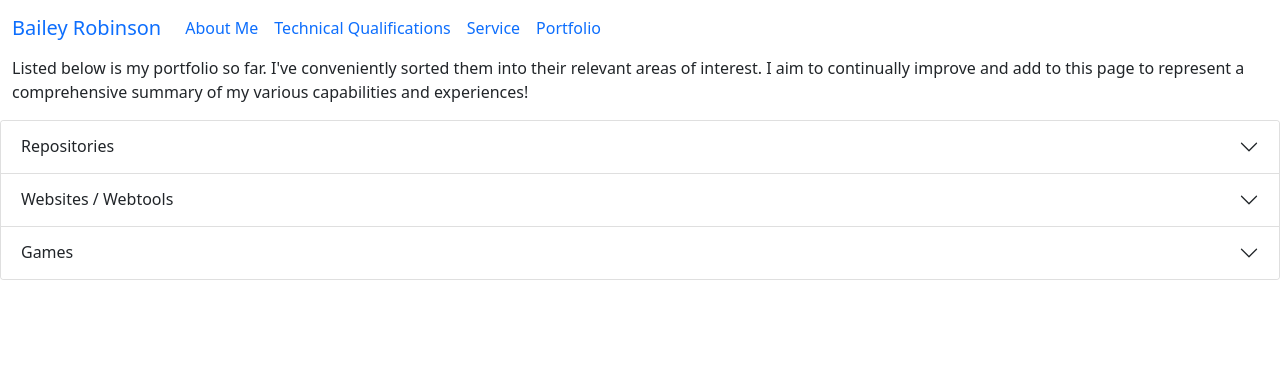
Repository: baileyjrob/personal_website
Page: portfolio.html
These files come from the project's save history. The page is drawn as it stood at one moment and after the next save; the edit follows.
The browser window is 1280 px wide. The pictures show the whole page.

Above is the page before, as saved 2022-04-20 13:49:16.

After the next save:
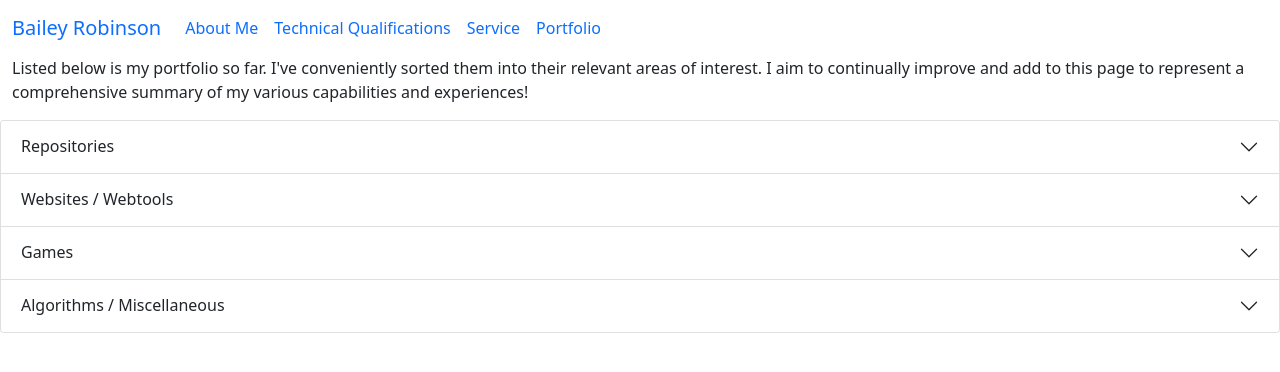
Saved 10 min 39 s later.
--- a/portfolio.html
+++ b/portfolio.html
@@ -111,6 +111,26 @@
                 </div>
             </div>
         </div>
+        <div class="accordion-item">
+            <h2 class="accordion-header" id="headingMisc">
+                <button class="accordion-button collapsed" type="button" data-bs-toggle="collapse"
+                    data-bs-target="#collapseMisc" aria-expanded="false" aria-controls="collapseMisc">
+                    Algorithms / Miscellaneous
+                </button>
+            </h2>
+            <div id="collapseMisc" class="accordion-collapse collapse" aria-labelledby="headingMisc"
+                data-bs-parent="#accordionFields">
+                <div class="accordion-body">
+                    <p>Throughout my education and career, I've gained experience in a variety of unique fields. Some of
+                        my work includes:</p>
+                    <div class="list-group">
+                        <a href="https://github.tamu.edu/baileyjrob/csce420/tree/master/A1"
+                            class="list-group-item list-group-item-action">An AI that uses heuristics to play a modified
+                            Tower of Hanoi</a>
+                    </div>
+                </div>
+            </div>
+        </div>
     </div>
 </body>
 
